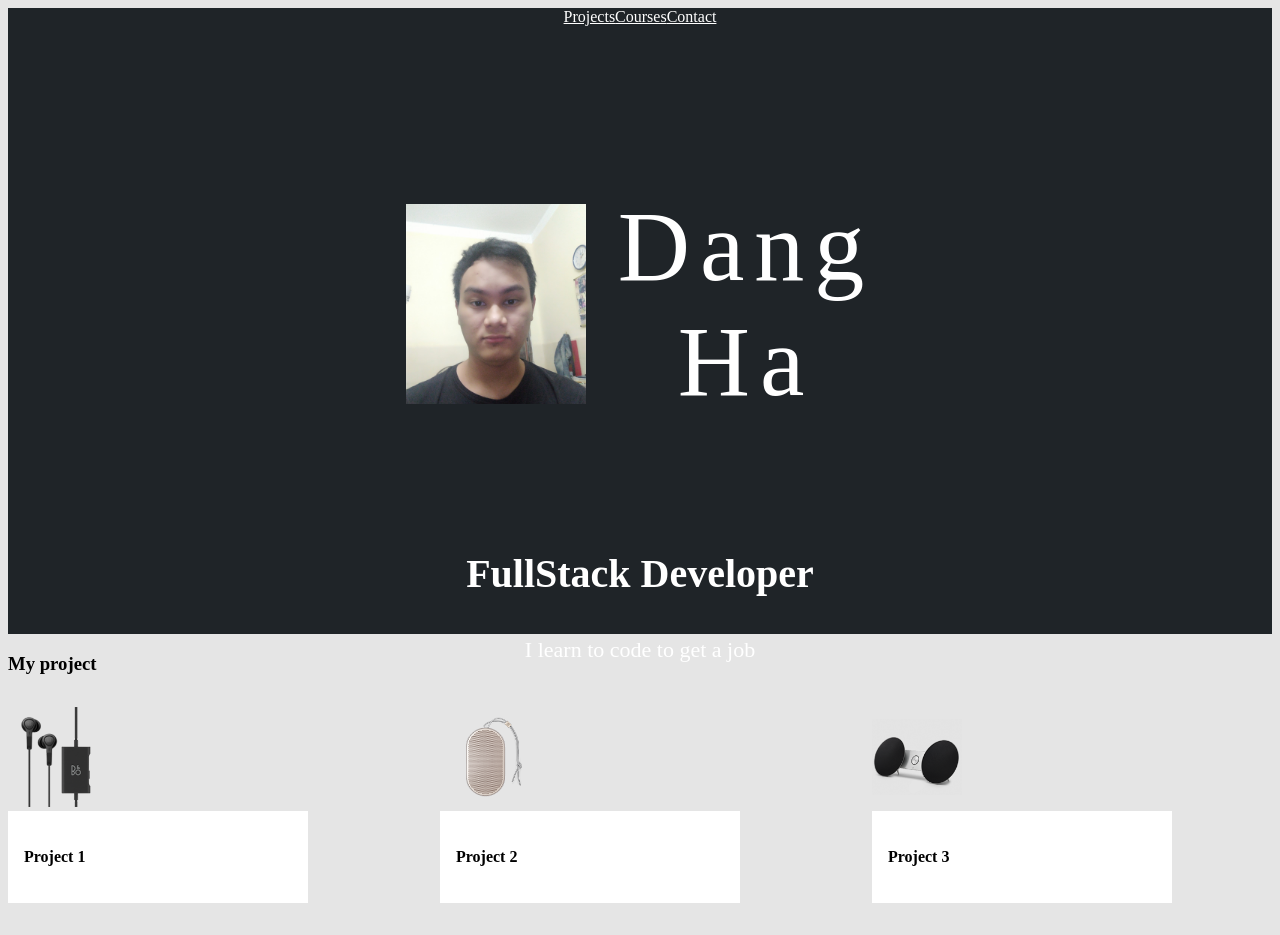
Repository: hagit01/ha-portfolio
Page: home.html
The author's editor kept a copy of each file at every save. The page is drawn from the files as they stood at one save, then again after the next save.
The browser window is 1280 px wide. The pictures show the whole page.

Above is the page before, as saved 2021-07-30 10:45:28.

### home.html
<!DOCTYPE html>
<html>
<head>
    <meta charset="utf-8" >
    <meta http-equiv="X-UA-Compatible" content="IE=edge" >
    <title>Dang Ha</title>
    <meta name="viewport" content="width=device-width, initial-scale=1" />
    <link rel="stylesheet" type="text/css" media="screen" href="main.css" >
</head>

<body>

    <section class="navigation-bar">

        <a class="nav-link" href="#">
            Projects
        </a>

        <a class="nav-link" href="#">
            Courses
        </a>

        <a class="nav-link" href="#">
            Contact
        </a>

    </section>

    <section class="hero">
        <div class="hero--content">
            <div class="hero--content--intro">
                <img id="profile_pic" src="images/dangha.jpg" alt="">
                <h1 class="intro--name">Dang <br> Ha</h1>
            </div>
            <div class="hero--content--subsection">
                <h3 class="description">FullStack Developer</h3>
                <p class="slogan">I learn to code to get a job</p>
            </div>
        </div>
    </section>

    <section class="container">
        <h3>My project</h3>
        <div class="projects--wrapper">
            <div class="project--column">
                <img class="project--thumbnail" src="images/1.png" alt="" >
                <div class="project--body">
                    <h4>Project 1</h4>
                </div>
            </div>
            <div class="project--column">
                <img class="project--thumbnail" src="images/2.png" alt="" >
                <div class="project--body">
                    <h4>Project 2</h4>
                </div>
            </div>
            <div class="project--column">
                <img class="project--thumbnail" src="images/3.png" alt="" >
                <div class="project--body">
                    <h4>Project 3</h4>
                </div>
            </div>
        </div>

    </section>

</body>



</html>

### main.css
body{
    background-color: #E5E5E5;
}

.navigation-bar{
    background-color: #1F2428;
    height: 50px;
    display:flex;
    justify-content: center;
}

.nav-link{
    color: #fff;
}

.hero{
    background-color: #1F2428;
    height: 80vh;
    color:#fff;
}

#profile_pic{
    height: 200px;
    width: 180px;
    object-fit: cover;
}

.hero--content{
    width: 1000;
    margin: 0 auto;
    padding: 3em;
}

.hero--content--intro{
    display: flex;
    color: #fff;
    justify-content: center;
    align-items: center;
    gap: 2em;
    margin-bottom: 3em;
}

.hero--content--subsection{
    text-align: center;
}

.intro--name{
    font-size: 100px;
    letter-spacing: .1em;
    font-weight: 20;
    text-align: center;
}

.description{
    font-size: 40px;
}

.slogan{
    font-size:22px;
}

.projects--wrapper{
    display: grid;
    grid-template-columns: 1fr 1fr 1fr;
    gap: 2em;
    margin-top: 2em;
    margin-bottom: 2em;
}

.project--column{
    width: 300px;
}

.project--thumbnail{
    width: 100px;
}

.project--body{
    background-color: #fff;
    padding: 1em;
}

After the next save:
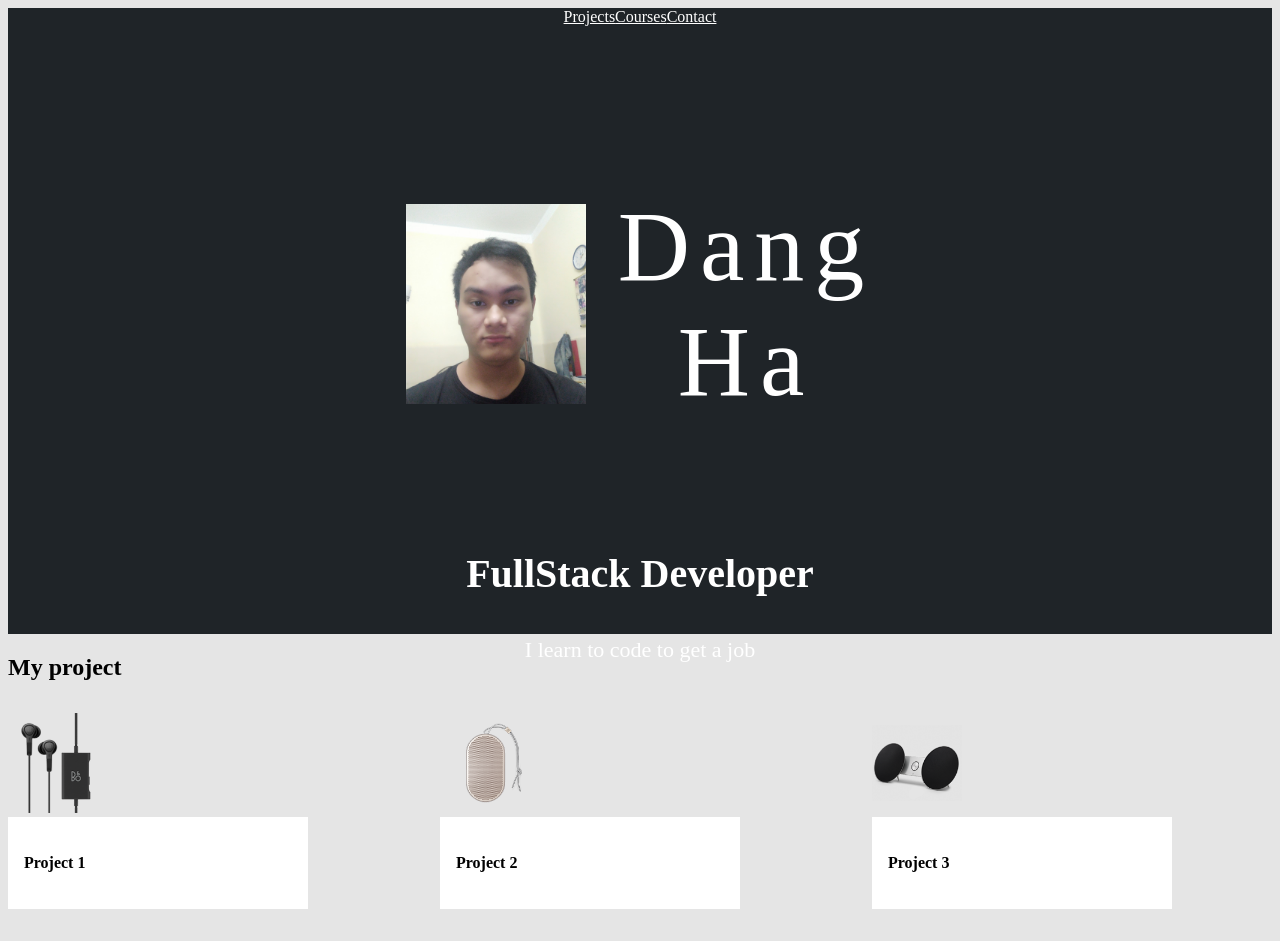
Saved 13 s later.
--- a/home.html
+++ b/home.html
@@ -40,7 +40,7 @@
     </section>
 
     <section class="container">
-        <h3>My project</h3>
+        <h2>My project</h2>
         <div class="projects--wrapper">
             <div class="project--column">
                 <img class="project--thumbnail" src="images/1.png" alt="" >
